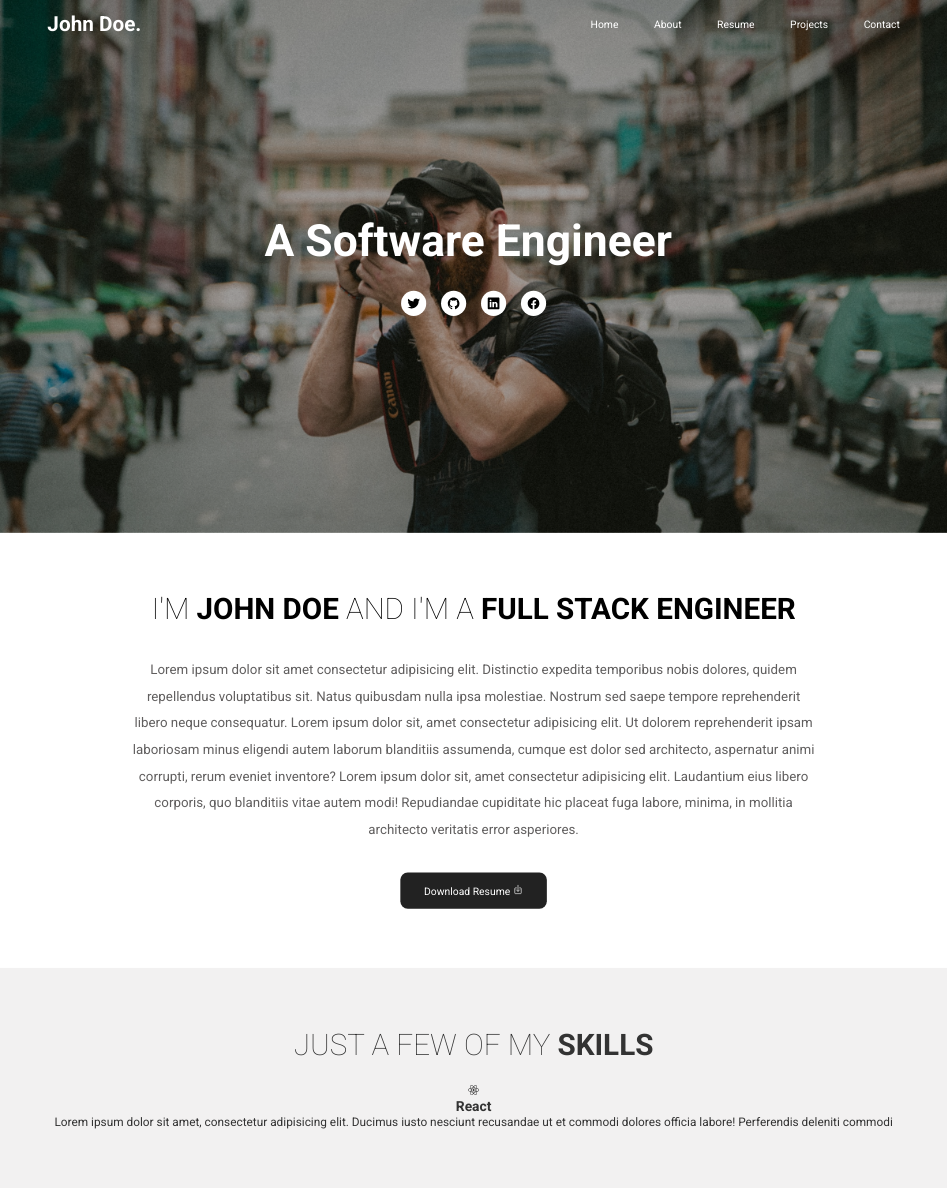
Repository: DevAntonioRogers/portfolio-tutorial
Page: index.html
An editor plug-in stored every save of this project. The page is shown before and after the next save, followed by the edit.
The browser window is 1280 px wide. The pictures show the whole page, at 74% of full size.
Backgrounds fixed to the window are drawn as part of the page.

Above is the page before, as saved 2023-10-31 23:35:26.

### index.html
<!DOCTYPE html>
<html lang="en">
  <head>
    <meta charset="UTF-8" />
    <meta
      name="viewport"
      content="width=device-width, initial-scale=1.0"
    />
    <script src="https://unpkg.com/typed.js@2.0.16/dist/typed.umd.js"></script>
    <script
      type="module"
      src="https://unpkg.com/ionicons@7.1.0/dist/ionicons/ionicons.esm.js"
    ></script>
    <script
      nomodule
      src="https://unpkg.com/ionicons@7.1.0/dist/ionicons/ionicons.js"
    ></script>
    <link rel="stylesheet" href="./styles/main.css" />
    <title>John Doe Portfolio</title>
  </head>
  <body>
    <!-------- NAVBAR --------->
    <header>
      <nav role="navigation" aria-label="Navigation">
        <div class="container navbar">
          <h1>John Doe.</h1>

          <ul class="nav-menu">
            <li><a href="#home">Home</a></li>
            <li><a href="#about">About</a></li>
            <li><a href="#resume">Resume</a></li>
            <li><a href="#projects">Projects</a></li>
            <li><a href="#contact">Contact</a></li>
          </ul>

          <button
            aria-label="Toggle Mobile Menu"
            class="hamburger"
          >
            <span class="bar"></span>
            <span class="bar"></span>
            <span class="bar"></span>
          </button>
        </div>
      </nav>
    </header>

    <main>
      <!--HERO SECTION -->
      <section id="home" class="hero">
        <div class="hero-overlay"></div>
        <div class="container hero-content">
          <div class="hero-text">
            <h2 id="typed-text"></h2>
          </div>

          <div
            class="hero-socials"
            aria-label="Social Media Links"
          >
            <a href="#" aria-label="Twitter Link"
              ><ion-icon name="logo-twitter"></ion-icon
            ></a>
            <a href="#" aria-label="Github Link"
              ><ion-icon name="logo-github"></ion-icon
            ></a>
            <a href="#" aria-label="LinkedIn Link"
              ><ion-icon name="logo-linkedin"></ion-icon
            ></a>
            <a href="#" aria-label="Facebook Link"
              ><ion-icon name="logo-facebook"></ion-icon
            ></a>
          </div>
        </div>
      </section>

      <!--ABOUT SECTION-->
      <section class="about" id="about">
        <div class="container">
          <h1>
            I'm <strong>John Doe</strong> and I'm a
            <strong>full stack engineer</strong>
          </h1>

          <div class="about-info">
            <p>
              Lorem ipsum dolor sit amet consectetur
              adipisicing elit. Distinctio expedita
              temporibus nobis dolores, quidem repellendus
              voluptatibus sit. Natus quibusdam nulla ipsa
              molestiae. Nostrum sed saepe tempore
              reprehenderit libero neque consequatur. Lorem
              ipsum dolor sit, amet consectetur adipisicing
              elit. Ut dolorem reprehenderit ipsam
              laboriosam minus eligendi autem laborum
              blanditiis assumenda, cumque est dolor sed
              architecto, aspernatur animi corrupti, rerum
              eveniet inventore? Lorem ipsum dolor sit, amet
              consectetur adipisicing elit. Laudantium eius
              libero corporis, quo blanditiis vitae autem
              modi! Repudiandae cupiditate hic placeat fuga
              labore, minima, in mollitia architecto
              veritatis error asperiores.
            </p>
          </div>

          <button
            class="about-button"
            aria-label="Download Resume Button"
          >
            Download Resume
            <ion-icon
              name="download-outline"
              aria-hidden="true"
            ></ion-icon>
          </button>
        </div>
      </section>

      <!--SKILLS SECTION-->
      <section class="skills" id="skills">
        <h1>Just a few of my <strong>skills</strong></h1>
        <div class="container skill-grid">
          <div class="skill">
            <ion-icon
              name="logo-react"
              class="skill-icon"
              aria-hidden="true"
            ></ion-icon>
            <h3>React</h3>
            <p>
              Lorem ipsum dolor sit amet, consectetur
              adipisicing elit. Ducimus iusto nesciunt
              recusandae ut et commodi dolores officia
              labore! Perferendis deleniti commodi
            </p>
          </div>
        </div>
      </section>
    </main>

    <script src="./app.js"></script>
  </body>
</html>

### styles/main.css
@import url("https://fonts.googleapis.com/css2?family=Roboto:wght@100;400;500;700&display=swap");
@import url(./navbar.css);
@import url(./hero.css);
@import url(./about.css);
@import url(./skills.css);

* {
  box-sizing: border-box;
  padding: 0;
  margin: 0;
  font-family: "Roboto", sans-serif;
}

html {
  scroll-behavior: smooth;
}

li {
  list-style: none;
}

a {
  text-decoration: none;
  color: inherit;
}

button {
  outline: none;
  border: none;
  background: inherit;
}

.container {
  width: 90%;
  margin: 0 auto;
  max-width: 1400px;
  height: 100%;
}

article {
  padding: 20px 0;
  display: flex;
  flex-direction: column;
  gap: 10px;
  border: solid 1px #dad9d9;
}

### app.js
//NAVBAR

const hamburger = document.querySelector('.hamburger')
const navMenu = document.querySelector('.nav-menu')
const body = document.querySelector('body')
const navLinks = navMenu.querySelectorAll('li');

hamburger.addEventListener('click', () => {
  hamburger.classList.toggle('active')
  navMenu.classList.toggle('active')
  body.classList.toggle("no-scroll")
})

function closeMenu() {
  hamburger.classList.remove('active')
  navMenu.classList.remove('active')
  body.classList.remove("no-scroll")
}

navLinks.forEach((link) => {
  link.addEventListener('click', closeMenu)
})

//TYPING DELETING TEXT
function initTypedText() {
  const options = {
    strings: [
      "Hello, I'm John Doe",
      "A Software Engineer",
      "From New York",
    ],
    typeSpeed: 50,
    backSpeed: 30,
    backDelay: 1000,
    startDelay: 500,
    loop: true,
  }
  const typed = new Typed("#typed-text", options)
}

initTypedText()

### styles/navbar.css
nav {
  background-color: transparent;
  position: fixed;
  width: 100%;
  z-index: 999;
  top: 0;
  left: 0;
  padding: 1rem 0;
}

.navbar {
  display: flex;
  justify-content: space-between;
  align-items: center;
}

.navbar h1 {
  color: white;
  font-size: 28px;
}

.nav-menu {
  display: flex;
  gap: 3rem;
  align-items: center;
}

.nav-menu li {
  font-size: 14px;
  color: white;
}

.bar {
  background-color: white;
  display: block;
  width: 23px;
  height: 2px;
  margin: 5px auto;
  transition: all 0.3s ease-in-out;
}

.hamburger {
  display: none;
  z-index: 999;
}

@media only screen and (max-width: 768px) {
  .hamburger {
    display: block;
  }

  .nav-menu {
    position: fixed;
    top: 0;
    right: 0;
    width: 100%;
    height: 100%;
    flex-direction: column;
    align-items: center;
    background-color: black;
    padding: 20px 0;
    z-index: 10;
    transition: 0.3s ease-in-out;
    gap: 5rem;
    padding-top: 6rem;
    left: -100%;
  }

  .nav-menu.active {
    left: 0;
  }

  .hamburger.active .bar:nth-child(2) {
    opacity: 0;
  }

  .hamburger.active .bar:nth-child(1) {
    transform: translateY(8px) rotate(45deg);
  }

  .hamburger.active .bar:nth-child(3) {
    transform: translatey(-6px) rotate(-45deg);
  }
}

### styles/hero.css
.hero {
  position: relative;
  height: 100vh;
  background: url(/assets/hero.jpg);
  background-size: cover;
  z-index: 1;
  background-attachment: fixed;
}

.hero-overlay {
  position: absolute;
  width: 100%;
  height: 100%;
  background-color: #0000005e;
  top: 0;
  left: 0;
  z-index: 1;
}

.hero-content {
  display: flex;
  gap: 2rem;
  flex-direction: column;
  align-items: center;
  justify-content: center;
  position: relative;
  z-index: 2;
  color: white;
}

.hero-socials {
  display: flex;
  align-items: center;
  gap: 20px;
}

.hero-socials ion-icon {
  background-color: white;
  color: black;
  padding: 8px;
  border-radius: 100%;
  font-size: 18px;
}

.hero-text {
  display: flex;
}

.hero-content h2 {
  font-size: 60px;
}

.typed-cursor {
  font-size: 60px;
  opacity: 1;
}

@media only screen and (max-width: 650px) {
  .hero-content h2 {
    font-size: 30px;
  }

  .typed-cursor {
    font-size: 30px;
    opacity: 1;
  }
}

### styles/about.css
.about {
  padding: 5rem 0;
  text-align: center;
}

.about-info {
  display: flex;
  gap: 20px;
  margin: 40px 0;
}

.about h1 {
  font-weight: 100;
  font-size: 40px;
  text-transform: uppercase;
}

.about p {
  font-size: 18px;
  color: rgb(97, 95, 95);
  line-height: 2;
  max-width: 80%;
  margin: 0 auto;
}

.about-button {
  padding: 1rem 2rem;
  background: #222;
  color: white;
  border: none;
  border-radius: 10px;
  font-size: 14px;
  cursor: pointer;
}

.about-button:hover {
  background-color: black;
  transition: 0.3s ease-in-out;
}

### styles/skills.css
.skills {
  background-color: rgb(242, 241, 241);
  padding: 5rem 0;
  color: #333;
  text-align: center;
}

.skills h1 {
  font-weight: 100;
  font-size: 40px;
  text-transform: uppercase;
  margin-bottom: 30px;
}

After the next save:
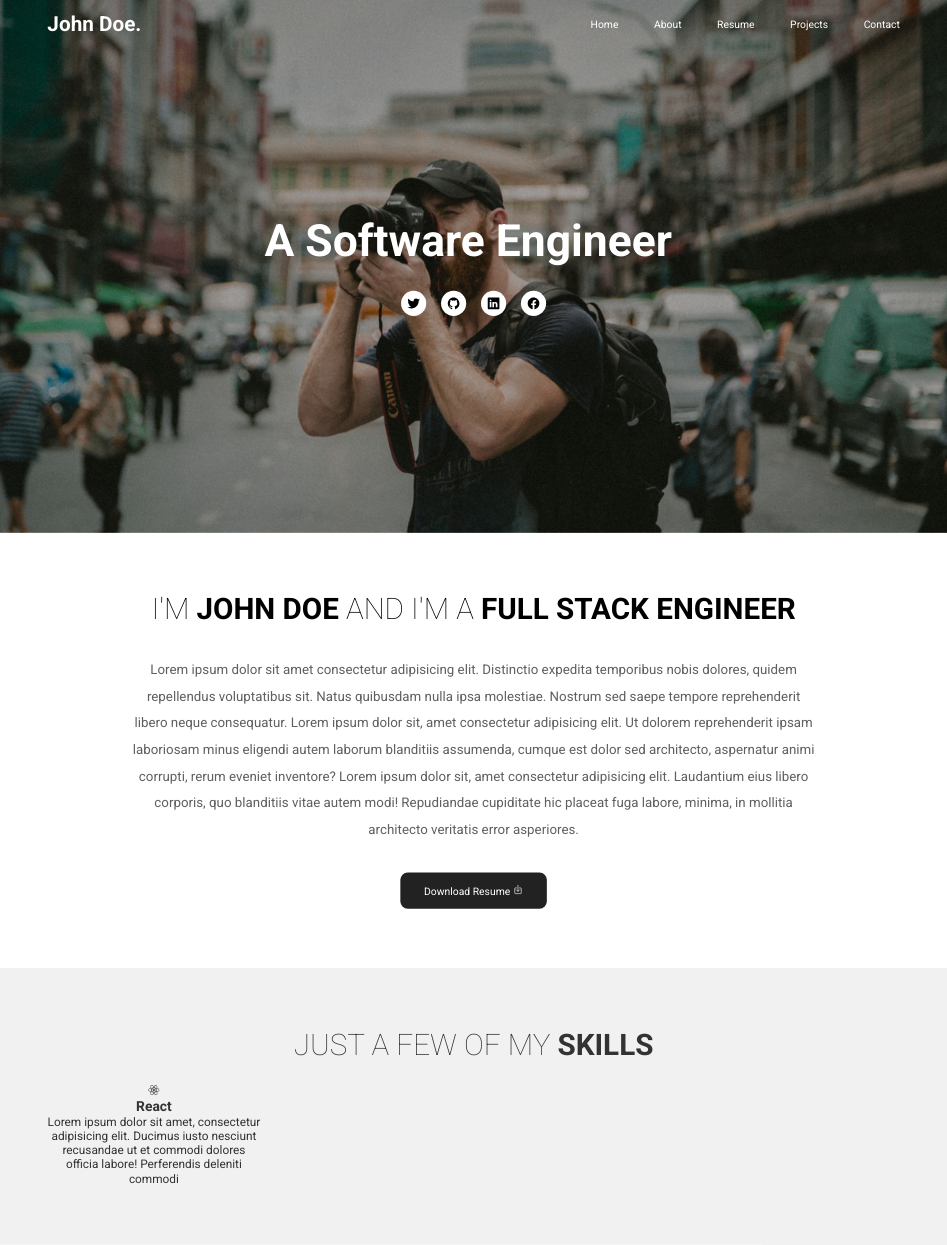
Saved 29 s later.
--- a/styles/skills.css
+++ b/styles/skills.css
@@ -11,3 +11,8 @@
   text-transform: uppercase;
   margin-bottom: 30px;
 }
+
+.skill-grid {
+  display: grid;
+  grid-template-columns: repeat(4, minmax(0, 1fr));
+}
